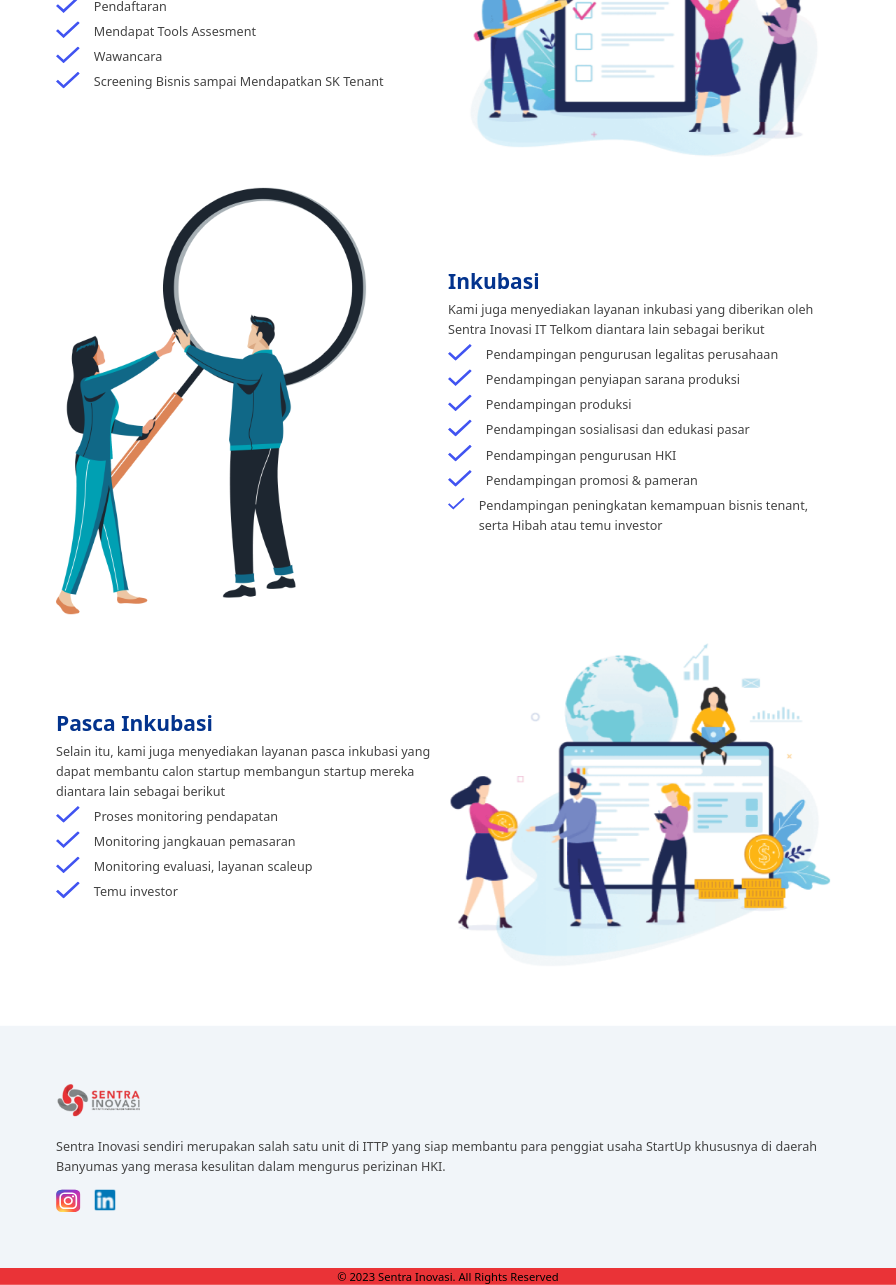
Repository: whytrno/sinovi-products
Page: /
An editor plug-in stored every save of this project. The page is shown before and after the next save, followed by the edit.
The browser window is 1280 px wide. The pictures show the part of the page from y = 1938 to 3858 px (the page is 3774 px tall before and 3858 px after), at 70% of full size.
The project was rebuilt for these pictures with package versions that can differ from the ones it lists, and the page was loaded fresh each time. The framework's server and built-in components were replaced by stand-ins that run in the browser. Also part of the build but not shown: next.config.js, components/Produk.js.

Above is the page before, as saved 2023-02-24 12:18:20.

### pages/index.js
import Footer from "@/components/Footer";
import Hero from "@/components/Hero";
import Layanan from "@/components/Layanan";
import Navbar from "@/components/Navbar";
import Produk from "@/components/Produk";
import VisiMisi from "@/components/VisiMisi";

export default function Home() {
  return (
    <div>
      <Navbar />
      <Hero />
      <VisiMisi />
      <Layanan />
      {/* <Produk /> */}
      <Footer />
    </div>
  )
}

### components/Footer.js
import InstagramIcon from "./Icon/InstagramIcon";
import LinkedinIcon from "./Icon/LinkedinIcon";

export default function Footer() {
    return (
        <>
            <div className="px-20 2xl:px-60 py-20 w-full bg-slate-100 space-y-5">
                <img src="./logo/sinovi.png" />
                <p className="text-lg text-paragraph">Sentra Inovasi sendiri merupakan salah satu unit di ITTP yang siap membantu para penggiat usaha StartUp khususnya di daerah Banyumas yang merasa kesulitan dalam mengurus perizinan HKI.</p>

                <div className="flex gap-5">
                    <InstagramIcon />
                    <LinkedinIcon />
                </div>
            </div>
            <div className="bg-[#EA3337] w-full">
                <p className="text-center">© 2023 Sentra Inovasi. All Rights Reserved</p>
            </div>
        </>
    )
}

### components/Hero.js
import Link from "next/link";

export default function Hero() {
    return (
        <div className="relative w-full h-screen flex items-center justify-between px-20 2xl:px-60">
            <img src="/images/hero-bg.jpg" alt="hero" className="w-full h-full object-cover absolute top-0 left-0 -z-10" />
            <div className="space-y-10">
                <h1 className="font-semibold text-5xl 2xl:text-6xl text-primary">Mulai bisnis bersama <br></br> Sentra Inovasi</h1>
                <Link href="/" className="font-semibold text-xl w-min whitespace-nowrap py-3 px-20 bg-secondary rounded-lg text-white block">Tentang Kami</Link>
            </div>
            <div>
                <img src="/images/hero.png" alt="hero" />
            </div>
        </div>
    )
}

### components/Layanan.js
import Child from "./Layanan/Child";
import List from "./Layanan/List";

export default function Layanan() {
    return (
        <div className="py-20 px-20 2xl:px-60 space-y-10">
            <div className="text-center space-y-3">
                <h1 className="text-4xl text-title font-semibold">LAYANAN</h1>
                <div className="flex justify-center">
                    <p className="text-paragraph w-1/2 text-center text-lg">Hal yang paling utama yang harus diketahui, bahwa tujuan Sentra Inovasi adalah untuk meningkatkan produk inovasi yang memberi manfaat bagi masyarakat dan memiliki nilai bisnis.</p>
                </div>
            </div>

            <Child dirrection="left" title="Pra Inkubasi" desc="Layanan pra inkubasi yang ditawarkan oleh Sentra Inovasi IT Telkom adalah" img="./images/layanan1.png" lists={["Pendaftaran", "Mendapat Tools Assesment", "Wawancara", "Screening Bisnis sampai Mendapatkan SK Tenant"]} />

            <Child dirrection="right" title="Inkubasi" desc="Kami juga menyediakan layanan inkubasi yang diberikan oleh Sentra Inovasi IT Telkom diantara lain sebagai berikut" img="./images/layanan2.png" lists={["Pendampingan pengurusan legalitas perusahaan", "Pendampingan penyiapan sarana produksi", "Pendampingan produksi", "Pendampingan sosialisasi dan edukasi pasar", "Pendampingan pengurusan HKI", "Pendampingan promosi & pameran", "Pendampingan peningkatan kemampuan bisnis tenant, serta Hibah atau temu investor"]} />

            <Child dirrection="left" title="Pasca Inkubasi" desc="Selain itu, kami juga menyediakan layanan pasca inkubasi yang dapat membantu calon startup membangun startup mereka diantara lain sebagai berikut" img="./images/layanan3.png" lists={["Proses monitoring pendapatan", "Monitoring jangkauan pemasaran", "Monitoring evaluasi, layanan scaleup", "Temu investor"]} />
        </div>
    )
}

### components/Navbar.js
import Link from "next/link";

export default function Navbar() {
    return (
        <div className="flex items-center justify-between p-5 2xl:px-60 shadow-xl">
            <div className="flex items-center gap-5">
                <img src="logo/ittp.png" alt="Ittp Logo" />
                <img src="logo/bdv.png" alt="BDV Logo" />
                <img src="logo/sinovi.png" alt="Sinovi Logo" />
            </div>
            <div className="font-semibold text-primary gap-4 2xl:gap-8 flex items-center">
                <Link href="/" className="text-secondary">Beranda</Link>
                <Link href="/">Ternaku</Link>
                <Link href="/">Calaun</Link>
                <Link href="/">Sisterponik</Link>
                <Link href="/">Sobat Warung</Link>
                <Link href="/">Pak Budi</Link>
                <Link href="/">Viregra</Link>
            </div>
        </div>
    )
}

### components/VisiMisi.js
import Card from "./VisiMisi/Card";

export default function VisiMisi() {
    return (
        <div className="py-20 px-20 2xl:px-60 space-y-10">
            <div className="text-center space-y-3">
                <h1 className="text-4xl text-title font-semibold">VISI MISI SENTRA INOVASI</h1>
                <div className="flex justify-center">
                    <p className="text-paragraph w-1/2 text-center text-lg">Untuk menjadi penggerak hilirisasi produk inovasi dalam menumbuhkan inovasi berbasis teknologi digital di Indonesia</p>
                </div>
            </div>
            <div className="grid grid-cols-2 gap-10">
                <Card logo="logo/visi1.png" desc="Menyelenggarakan pendampingan bagi masyarakat dalam memanfaatkan teknologi digital untuk pengembangan bisnis." />
                <Card logo="logo/visi2.png" desc="Menumbuhkembangkan masyarakat yang mampu memanfaatkan teknologi digital dalam peningkatan kesejahteraan." />
                <Card logo="logo/visi3.png" desc="Meningkatkan kerjasama lokal, nasional, maupun internasional dalam pengembangan bisnis berbasis teknologi digital. " />
                <Card logo="logo/visi4.png" desc="Serta Menciptakan bisnis berbasis teknologi digital yang mandiri dan berdaya saing tinggi." />
            </div>
        </div>
    )
}

### components/Icon/InstagramIcon.js
export default function InstagramIcon() {
    return (
        <svg
            xmlns="http://www.w3.org/2000/svg"
            width="35"
            height="32"
            fill="none"
            viewBox="0 0 42 39"
        >
            <path
                fill="url(#paint0_radial_25_124)"
                d="M21.007 0C12.239 0 9.675.008 9.177.047c-1.8.139-2.919.402-4.138.966a8.381 8.381 0 00-2.413 1.64C1.293 3.938.486 5.52.193 7.397.051 8.31.01 8.496.001 13.154c-.003 1.553 0 3.597 0 6.338 0 8.137.01 10.516.052 10.978.145 1.626.42 2.65 1.001 3.769 1.112 2.142 3.234 3.75 5.734 4.35.866.207 1.822.321 3.05.375.52.021 5.82.036 11.124.036s10.608-.006 11.115-.03c1.421-.062 2.247-.165 3.159-.384a9.063 9.063 0 003.385-1.591 8.292 8.292 0 002.349-2.768c.57-1.092.859-2.155.99-3.696.028-.336.04-5.693.04-11.044 0-5.351-.013-10.699-.041-11.035-.133-1.566-.422-2.619-1.01-3.732a7.786 7.786 0 00-1.798-2.287C37.762 1.2 36.063.45 34.038.179 33.057.047 32.862.009 27.842 0h-6.835z"
            ></path>
            <path
                fill="url(#paint1_radial_25_124)"
                d="M21.007 0C12.239 0 9.675.008 9.177.047c-1.8.139-2.919.402-4.138.966a8.381 8.381 0 00-2.413 1.64C1.293 3.938.486 5.52.193 7.397.051 8.31.01 8.496.001 13.154c-.003 1.553 0 3.597 0 6.338 0 8.137.01 10.516.052 10.978.145 1.626.42 2.65 1.001 3.769 1.112 2.142 3.234 3.75 5.734 4.35.866.207 1.822.321 3.05.375.52.021 5.82.036 11.124.036s10.608-.006 11.115-.03c1.421-.062 2.247-.165 3.159-.384a9.063 9.063 0 003.385-1.591 8.292 8.292 0 002.349-2.768c.57-1.092.859-2.155.99-3.696.028-.336.04-5.693.04-11.044 0-5.351-.013-10.699-.041-11.035-.133-1.566-.422-2.619-1.01-3.732a7.786 7.786 0 00-1.798-2.287C37.762 1.2 36.063.45 34.038.179 33.057.047 32.862.009 27.842 0h-6.835z"
            ></path>
            <path
                fill="#fff"
                d="M20.997 5.1c-4.21 0-4.74.017-6.393.087-1.65.07-2.777.313-3.763.67-1.02.367-1.885.86-2.747 1.66a7.04 7.04 0 00-1.79 2.55c-.384.917-.645 1.964-.72 3.496-.073 1.536-.093 2.027-.093 5.939 0 3.91.019 4.4.094 5.936.076 1.533.337 2.58.72 3.495.397.948.926 1.751 1.788 2.552a7.674 7.674 0 002.746 1.662c.987.356 2.114.599 3.764.669 1.654.07 2.182.087 6.392.087 4.211 0 4.738-.017 6.392-.087 1.65-.07 2.779-.313 3.765-.67a7.668 7.668 0 002.745-1.661 7.04 7.04 0 001.79-2.551c.38-.916.642-1.963.72-3.495.074-1.537.093-2.026.093-5.937 0-3.912-.019-4.402-.093-5.938-.078-1.534-.34-2.58-.72-3.496a7.038 7.038 0 00-1.79-2.55 7.66 7.66 0 00-2.746-1.662c-.988-.356-2.116-.598-3.766-.669-1.654-.07-2.18-.087-6.393-.087h.005zm-1.391 2.596h1.391c4.14 0 4.63.013 6.265.082 1.512.065 2.332.3 2.879.496.724.261 1.24.573 1.782 1.077s.878.984 1.16 1.656c.212.508.465 1.27.534 2.674.074 1.518.09 1.974.09 5.817 0 3.844-.016 4.3-.09 5.818-.07 1.404-.322 2.166-.534 2.673a4.437 4.437 0 01-1.16 1.654 4.844 4.844 0 01-1.782 1.077c-.546.198-1.367.432-2.879.497-1.634.069-2.125.084-6.265.084s-4.63-.015-6.265-.084c-1.512-.065-2.332-.3-2.88-.497a4.852 4.852 0 01-1.782-1.077 4.447 4.447 0 01-1.16-1.655c-.213-.507-.466-1.27-.535-2.673-.074-1.519-.089-1.975-.089-5.82 0-3.846.015-4.3.09-5.818.069-1.404.321-2.166.533-2.674a4.446 4.446 0 011.16-1.656c.543-.504 1.06-.816 1.784-1.077.546-.199 1.367-.433 2.879-.497 1.43-.06 1.984-.078 4.874-.081v.004zm9.667 2.39c-.368 0-.727.102-1.034.292-.306.19-.544.46-.685.776-.14.316-.177.663-.105.998.071.336.249.643.509.885s.592.406.953.473c.36.066.735.032 1.075-.099.34-.13.63-.352.835-.636.204-.285.313-.619.313-.96 0-.955-.834-1.729-1.86-1.729zm-8.276 2.02c-4.397 0-7.962 3.311-7.962 7.396 0 4.084 3.565 7.394 7.962 7.394s7.961-3.31 7.961-7.394c0-4.085-3.564-7.396-7.961-7.396zm0 2.595c2.854 0 5.168 2.15 5.168 4.8 0 2.652-2.314 4.801-5.168 4.801-2.855 0-5.168-2.15-5.168-4.8 0-2.652 2.313-4.8 5.168-4.8z"
            ></path>
            <defs>
                <radialGradient
                    id="paint0_radial_25_124"
                    cx="0"
                    cy="0"
                    r="1"
                    gradientTransform="matrix(0 -38.6519 38.7146 0 11.156 42.004)"
                    gradientUnits="userSpaceOnUse"
                >
                    <stop stopColor="#FD5"></stop>
                    <stop offset="0.1" stopColor="#FD5"></stop>
                    <stop offset="0.5" stopColor="#FF543E"></stop>
                    <stop offset="1" stopColor="#C837AB"></stop>
                </radialGradient>
                <radialGradient
                    id="paint1_radial_25_124"
                    cx="0"
                    cy="0"
                    r="1"
                    gradientTransform="matrix(3.65204 16.94144 -74.74523 16.1127 -7.035 2.81)"
                    gradientUnits="userSpaceOnUse"
                >
                    <stop stopColor="#3771C8"></stop>
                    <stop offset="0.128" stopColor="#3771C8"></stop>
                    <stop offset="1" stopColor="#60F" stopOpacity="0"></stop>
                </radialGradient>
            </defs>
        </svg>
    );
}

### components/Layanan/Child.js
import List from "./List";

function content(title, desc, lists) {
    return (
        <div className="space-y-2 w-1/2">
            <h1 className="text-3xl text-primary font-semibold">{title}</h1>
            <p>{desc}</p>
            {lists.map(list => (
                <List title={list} />
            ))}
        </div>
    )
}
function image(img) {
    return (
        <div>
            <img src={img} />
        </div>
    )
}

export default function Child({ dirrection, title, desc, img, lists }) {
    return (
        <div className="flex justify-between text-lg text-paragraph items-center">
            {dirrection == 'right' ? (
                <>
                    {image(img)}
                    {content(title, desc, lists)}
                </>
            ) : (
                <>
                    {content(title, desc, lists)}
                    {image(img)}
                </>
            )}
        </div>
    )
}

### components/Layanan/List.js
import CheckIcon from "../Icon/CheckIcon";

export default function List({ title }) {
    return (
        <div className="flex gap-5">
            <CheckIcon />
            <p>{title}</p>
        </div>
    )
}

### components/VisiMisi/Card.js
export default function Card({ logo, desc }) {
    return (
        <div>
            <div className="flex items-center shadow-lg p-7 gap-5 text-paragraph rounded-md">
                <img src={logo} className="h-24 w-24" />
                <p>{desc}</p>
            </div>
        </div>
    )
}

### components/Icon/CheckIcon.js
export default function CheckIcon() {
    return (
        <svg
            xmlns="http://www.w3.org/2000/svg"
            width="34"
            height="24"
            fill="none"
            viewBox="0 0 34 24"
        >
            <path
                fill="#4154F1"
                d="M10.805 18.935l-8.06-7.463L0 13.996 10.805 24 34 2.523 31.275 0l-20.47 18.935z"
            ></path>
        </svg>
    );
}

### tailwind.config.js
/** @type {import('tailwindcss').Config} */
module.exports = {
  content: [
    "./app/**/*.{js,ts,jsx,tsx}",
    "./pages/**/*.{js,ts,jsx,tsx}",
    "./components/**/*.{js,ts,jsx,tsx}"
  ],
  theme: {
    extend: {
      colors: {
        primary: "#03338D",
        secondary: "#4154F1",
        title: "#192A48",
        paragraph: "#444444"
      },
    },
    plugins: [],
  }
}

Loaded but not shown: pages/_app.js (common file); pages/_document.js (common file); styles/globals.css (common file); components/Icon/LinkedinIcon.js (library)

After the next save:
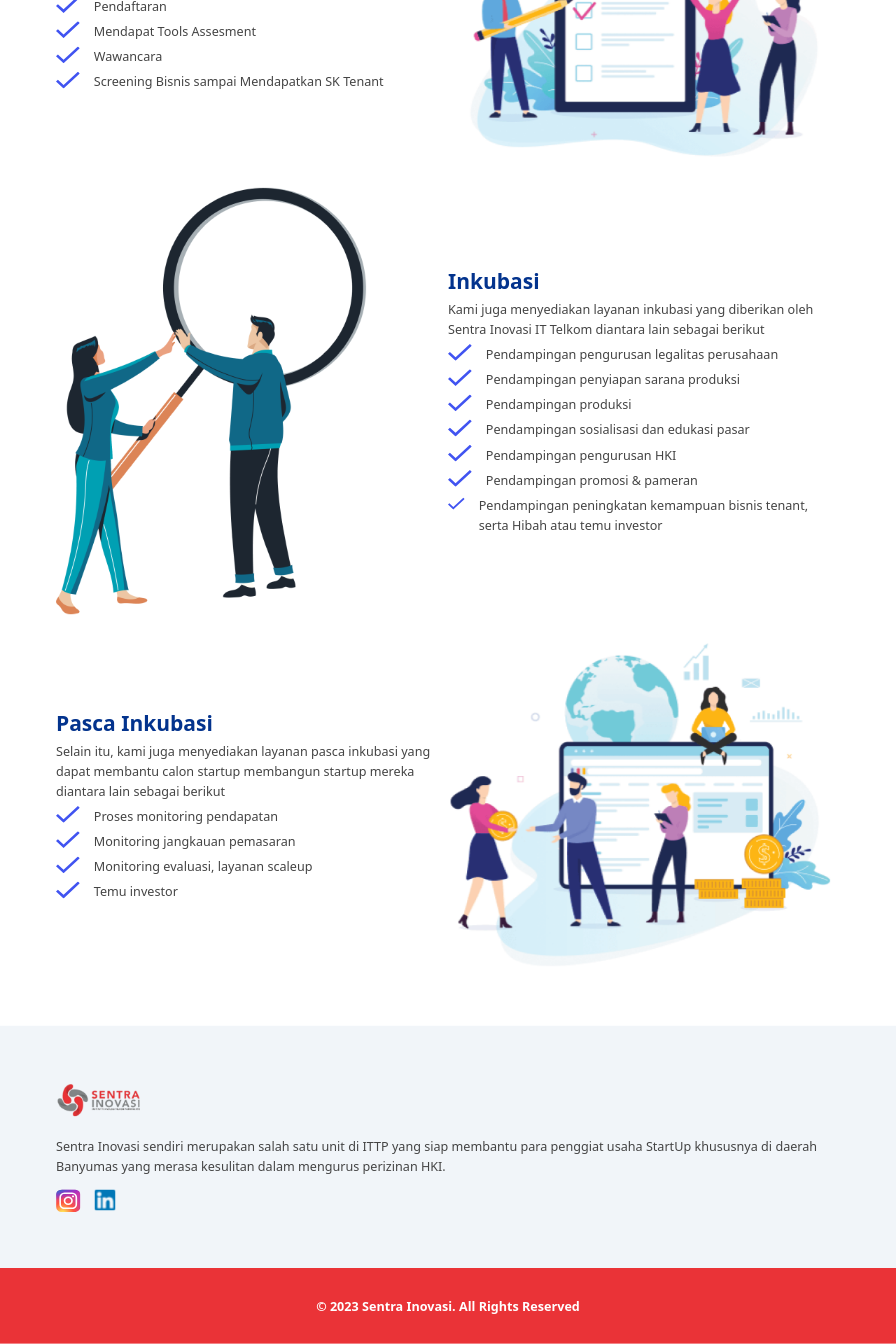
Saved 21 s later.
--- a/components/Footer.js
+++ b/components/Footer.js
@@ -13,8 +13,8 @@
                     <LinkedinIcon />
                 </div>
             </div>
-            <div className="bg-[#EA3337] w-full">
-                <p className="text-center">© 2023 Sentra Inovasi. All Rights Reserved</p>
+            <div className="bg-[#EA3337] w-full py-10">
+                <p className="text-center text-lg font-semibold text-white">© 2023 Sentra Inovasi. All Rights Reserved</p>
             </div>
         </>
     )
